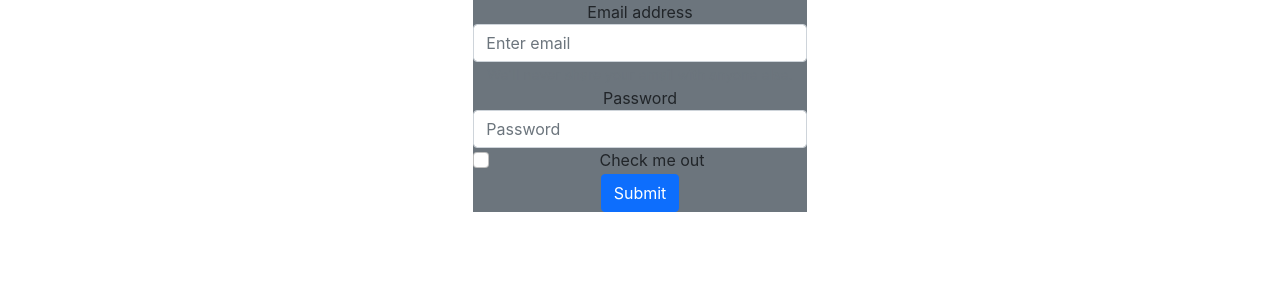
Repository: Osomhe1/bitmama2
Page: /
An editor plug-in stored every save of this project. The page is shown before and after a run of saves, followed by the edit.
The browser window is 1280 px wide. The pictures show the whole page.
The project was rebuilt for these pictures with package versions that can differ from the ones it lists, and the page was loaded fresh each time.

Above is the page before, as saved 2022-05-08 20:28:55.

After the next 3 saves:
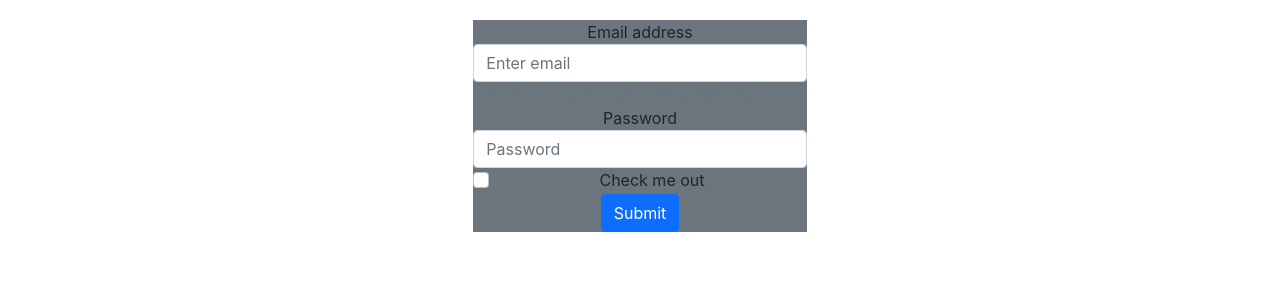
The 3 saves are shown as one change because they came seconds apart.
The last was saved 22 s later.
--- a/src/App.css
+++ b/src/App.css
@@ -5,5 +5,6 @@
 }
 
 .login-form{
-  margin-top: 20px;
+  margin-top: 20px !important;
+
 }
